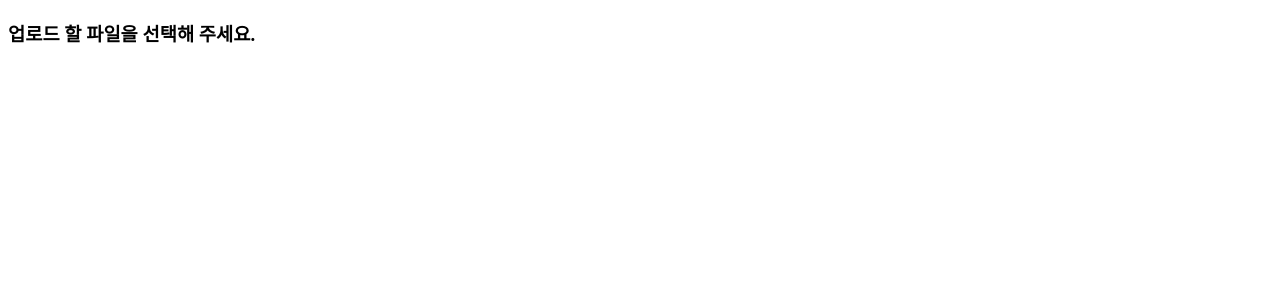
Repository: yw-son/yw-son
Page: http://localhost/pro15/upload.jsp
The author's editor kept a copy of each file at every save. The page is drawn from the files as they stood at one save, then again after the next save.
The browser window is 1280 px wide. The pictures show the whole page.
The page is served by Tomcat 9. Other server files are loaded and not shown.

Above is the page before, as saved 2023-06-16 07:08:52.

### pro15/src/main/webapp/upload.jsp
<%@ page language="java" contentType="text/html; charset=UTF-8"
    pageEncoding="UTF-8"%>
<!DOCTYPE html>
<html>
<head>
<meta charset="UTF-8">
<title>upload.jsp</title>
</head>
<body>
	<h3>업로드 할 파일을 선택해 주세요.</h3>

	<!-- enctype - 폼 데이터가 서버로 제출될 때 해당 데이터가 인코딩되는 방법 명시 -->
	<!-- multipart/foem-data
		여러 부분으로 폼 데이터를 분할하여 전송
		분할된 데이터를 독립적으로 인코딩 (각각 데이터 구분은 식별자를 사용하여 식별)
		(폼 데이터와 파일 업로드가 함께 작성되는 경우, 폼 데이터와 파일 데이터를 각각 독립적으로 인코딩)
		 -->

	<form action="upload" method="post" enctype="multipart/form-data">

	</form>
</body>
</html>

After the next save:
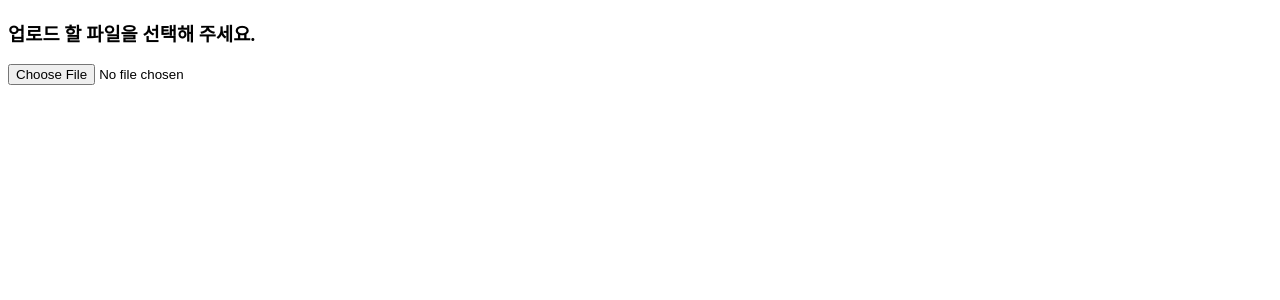
Saved 23 s later.
--- a/pro15/src/main/webapp/upload.jsp
+++ b/pro15/src/main/webapp/upload.jsp
@@ -17,7 +17,7 @@
 		 -->
 
 	<form action="upload" method="post" enctype="multipart/form-data">
-
+		<input type="file">
 	</form>
 </body>
 </html>
